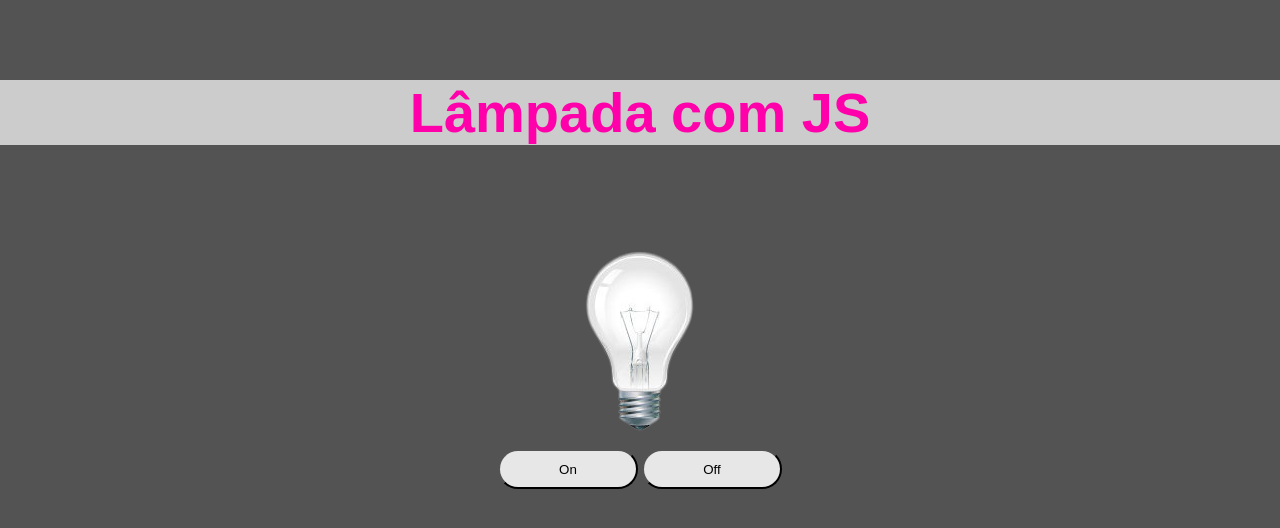
Repository: kahut-gdd/lampadaComJs
Page: index.html
The author's editor kept a copy of each file at every save. The page is drawn from the files as they stood at one save, then again after the next save.
The browser window is 1280 px wide. The pictures show the whole page.

Above is the page before, as saved 2022-06-25 12:59:27.

### index.html
<!DOCTYPE html>
<html lang="pt-br">
<head>
    <meta charset="UTF-8">
    <meta http-equiv="X-UA-Compatible" content="IE=edge">
    <meta name="viewport" content="width=device-width, initial-scale=1.0">
    <title>LampadaComJs</title>
    <style>
        *{
            margin: 0;
            padding: 0;
            background: rgb(83, 83, 83);
            align-items: center;
        }
        h1{
            background: #ccc;
            color: rgb(255, 0, 170);
            text-align: center;
            font-size: 3.5rem;
            font-family: sans-serif;
        }
        head, main{
            margin-top: 80px;
            display: flex;
            flex-direction: column;
            align-items: center;
            cursor: pointer;
        }
        button{
            width: 140px;
            height: 40px;
            background-color: rgb(231, 231, 231);
            color: #000;
            cursor: pointer;
            border-radius: 60px;

        }
        #turnOn:hover{
            background: rgb(84, 247, 84);
            color: aliceblue;
            font-size: 1.2rem;
        }
        #turnOff:hover{
            background: rgb(255, 0, 55);
            color: aliceblue;
            font-size: 1.2rem;
        }
    </style>
</head>
<body>
    <header>
        <h1>Lâmpada com JS</h1>
    </header>
    <main>
        <div>
            <img src="./img/desligada.png" alt="Lámpada" id="lamp">
        </div>
        <div>
            <button id="turnOn">On</button>
            <button id="turnOff">Off</button>
        </div>
    </main>


    <script>
        const turnOn = document.getElementById('turnOn');
        const turnOff = document.getElementById('turnOff');
        const lamp = document.getElementById('lamp');

        function isLampBroken(){
            return lamp.src.indexOf('quebrada') > -1;
        }

        function lampOn(){
            if(!isLampBroken()){
            lamp.src = './img/ligada.png';
            }
        }

        function lampOff(){
            if(!isLampBroken()){
            lamp.src = './img/desligada.png';
            }
        }
        function lampBroken(){
            lamp.src = './img/quebrada.png';
        }

        turnOn.addEventListener('click', lampOn);
        turnOff.addEventListener('click', lampOff);
        lamp.addEventListener('mouseover', lampOn);
        lamp.addEventListener('mouseleave', lampOff);
        lamp.addEventListener('dblclick', lampBroken);

    </script>
</body>
</html>

After the next save:
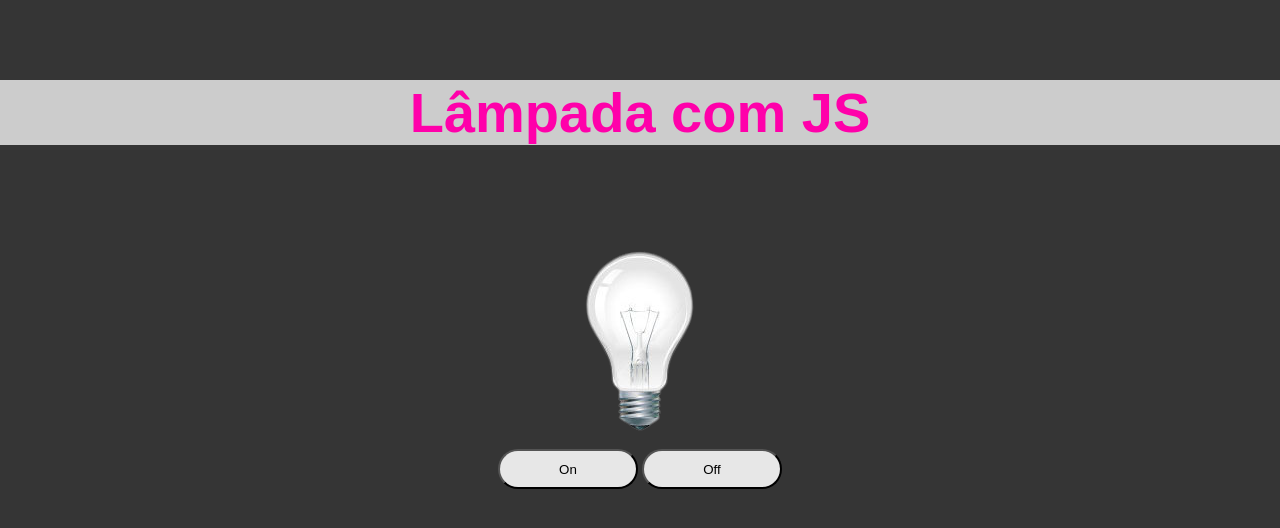
Saved 5 s later.
--- a/index.html
+++ b/index.html
@@ -9,7 +9,7 @@
         *{
             margin: 0;
             padding: 0;
-            background: rgb(83, 83, 83);
+            background: rgb(53, 53, 53);
             align-items: center;
         }
         h1{
